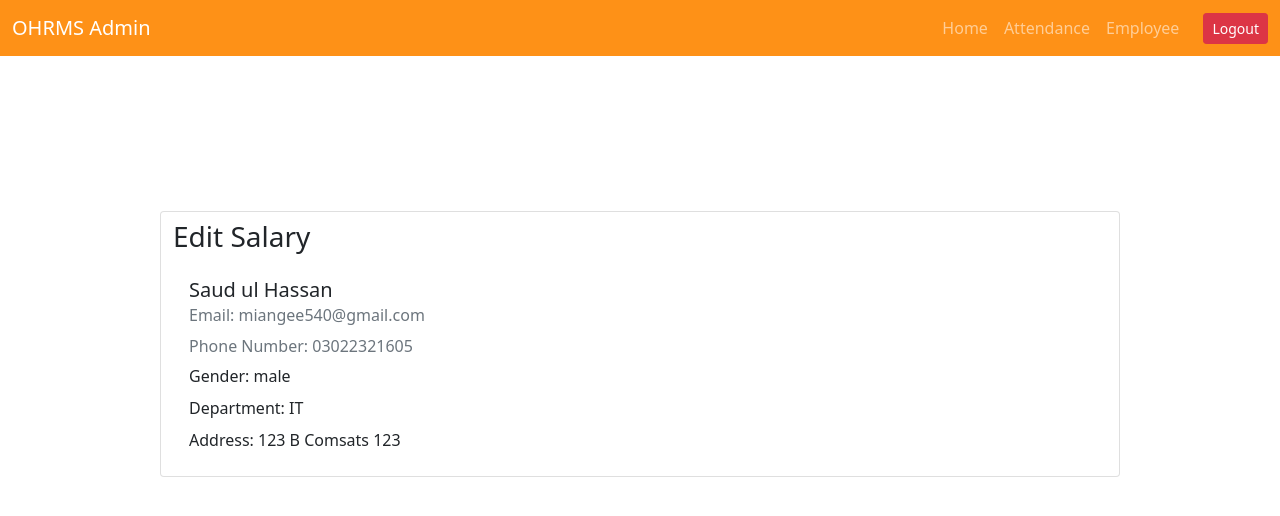
Repository: SaudCh/PHP-OHRMS
Page: http://localhost/admin/edit-salary?id=49
An editor plug-in stored every save of this project. The page is shown before and after a run of saves, followed by the edit.
The browser window is 1280 px wide. The pictures show the whole page.
Some web libraries are served in a nearby version. The page is run by PHP 8.4 with error messages shown; the project is at /var/www/html/. The session is filled in as if someone had signed in: {"admin": "admin@ohrm.com"}. The database holds what the project's SQL file puts in it.

Above is the page before, as saved 2022-06-05 22:28:27.

After the next 2 saves:
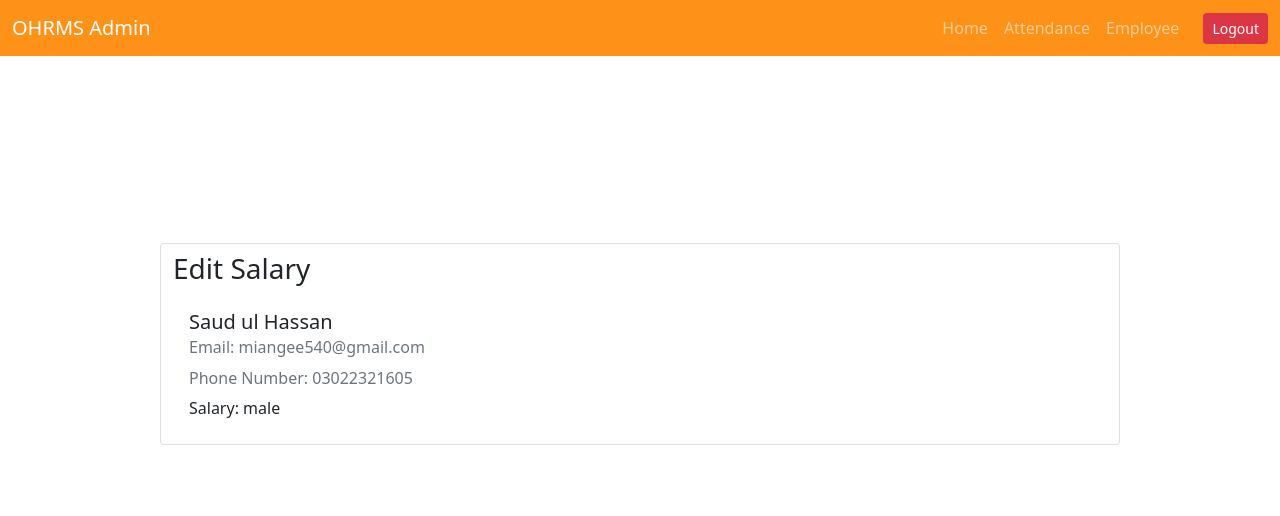
The 2 saves are shown as one change because they came seconds apart.
The last was saved 17 s later.
--- a/admin/edit-salary.php
+++ b/admin/edit-salary.php
@@ -32,9 +32,8 @@
                             <h5 class="card-title"><?= $row["name"] ?></h5>
                             <h6 class="card-subtitle mb-3 text-muted">Email: <?= $row['emailAddress'] ?></h6>
                             <h6 class="card-subtitle mb-2 text-muted">Phone Number: <?= $row['phoneNumber'] ?></h6>
-                            <p class="card-text p-0 m-0 mb-2">Gender: <?= $row['gender'] ?></p>
-                            <p class="card-text p-0 m-0 mb-2">Department: <?= $row['department'] ?></p>
-                            <p class="card-text p-0 m-0 mb-2">Address: <?= $row['address'] ?></p>
+                            <p class="card-text p-0 m-0 mb-2">Salary: <?= $row['gender'] ?></p>
+
                         </div>
                 <?php }
                 } ?>
